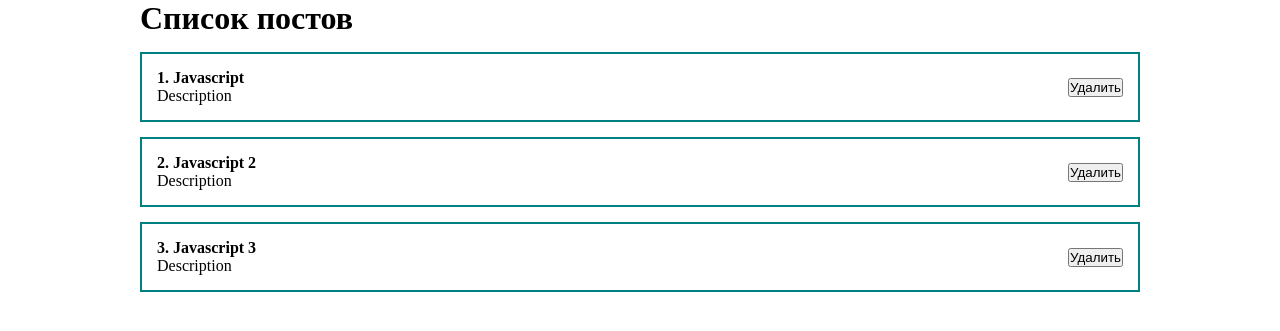
Repository: otvertka/ulb
Page: /
These files come from the project's save history. The page is drawn as it stood at one moment and after the next save; the edit follows.
The browser window is 1280 px wide. The pictures show the whole page.
The project was rebuilt for these pictures with package versions that can differ from the ones it lists, and the page was loaded fresh each time. Also part of the build but not shown: src/components/Counter.jsx, src/components/ClassCounter.jsx.

Above is the page before, as saved 2023-06-10 12:54:29.

After the next save:
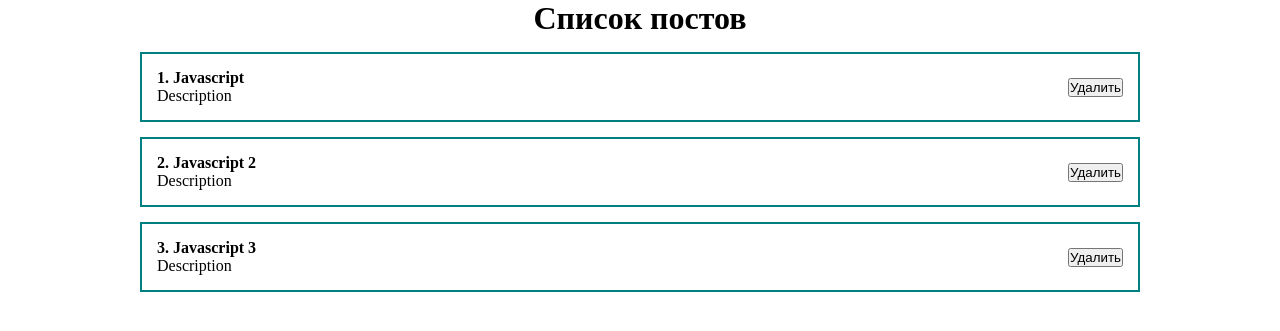
Saved 89 s later.
--- a/src/App.js
+++ b/src/App.js
@@ -13,7 +13,7 @@ function App() {
   // импортируем компонент Counter
   return (
     <div className="App">
-      <h1>Список постов</h1>
+      <h1 style={{ textAlign: "center" }}>Список постов</h1>
       {posts.map((post) => (
         <PostItem post={post} key={post.id} />
       ))}
